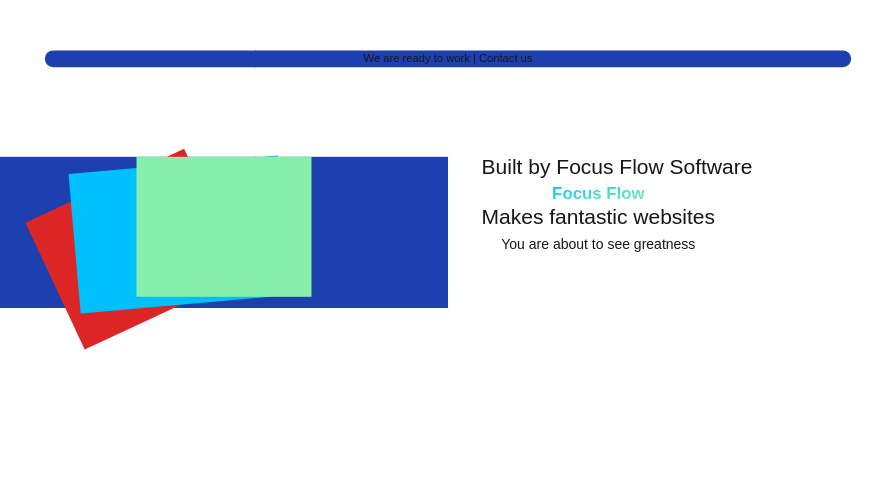
Repository: TMuse333/focus-flow2
Page: / (app in frontend/)
These files come from the project's save history. The page is drawn as it stood at one moment and after the next save; the edit follows.
The browser window is 1280 px wide. The pictures show the part of the page from y = 0 to 1920 px (the page is 720 px tall before and 2720 px after), at 70% of full size.
The project was rebuilt for these pictures with package versions that can differ from the ones it lists, and the page was loaded fresh each time. The framework's server and built-in components were replaced by stand-ins that run in the browser. Also part of the build but not shown: frontend/next.config.ts.

Above is the page before, as saved 2025-02-25 17:49:21.

After the next save:
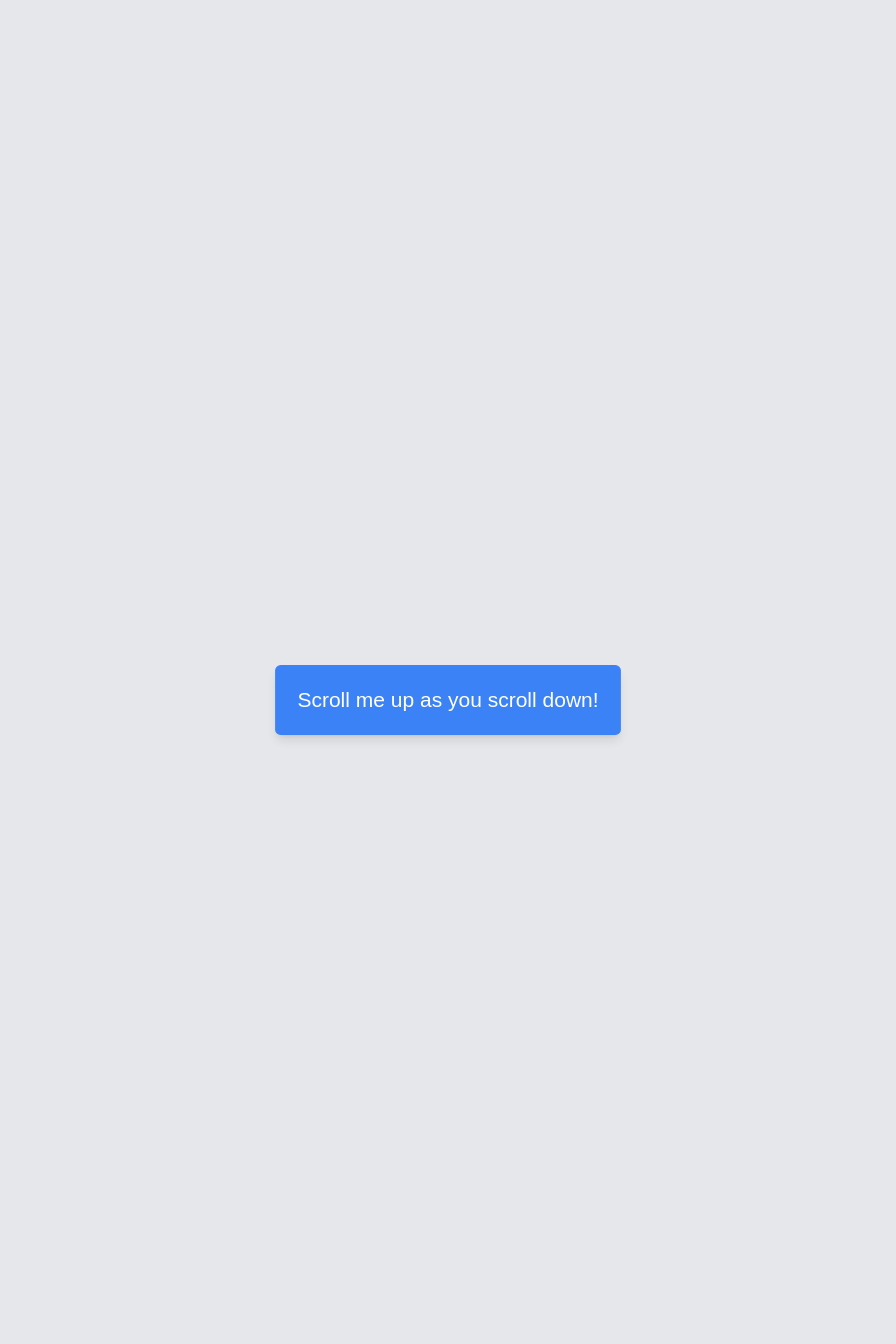
Saved 72 s later.
--- a/frontend/src/components/herobanner/herobanner.tsx
+++ b/frontend/src/components/herobanner/herobanner.tsx
@@ -1,107 +1,42 @@
 "use client";
 
-import React, { useRef, useState, useEffect } from "react";
-import { motion, useMotionValueEvent, useScroll, useTransform } from "framer-motion";
+import React, { useEffect, useRef } from "react";
 import { gsap } from "gsap";
 
-const Herobanner = () => {
+const ScrollTranslateContainer = () => {
     const containerRef = useRef(null);
-
-    const [opacity, setOpacity] = useState(1);
-
-    // Track the scroll position manually to calculate opacity
-    const [scrolling, setScrolling] = useState(false);
 
     useEffect(() => {
         const handleScroll = () => {
             const scrollY = window.scrollY;
-            const maxScroll = 200; // Adjust how fast opacity fades
-            const newOpacity = Math.max(1 - scrollY / maxScroll, 0);
-            setOpacity(newOpacity);
+            const maxTranslate = 1000; // Maximum translation in pixels
+            const translateAmount = Math.min(scrollY, maxTranslate); // Ensure we don't exceed maxTranslate
 
-            if (newOpacity <= 0) {
-                // Enable scrolling after opacity reaches 0
-                gsap.to("body", {
-                    duration: 0.3,
-                    overflow: "auto", // Enable scrolling
-                    position: "static", // Restore default position
-                });
-            } else {
-                // Prevent scroll when opacity is not zero
-                gsap.to("body", {
-                    duration: 0.3,
-                    overflow: "hidden", // Prevent scroll
-                    position: "fixed", // Fix page in place
-                    top: `-${window.scrollY}px`, // Keep the page in the current scroll position
-                });
-            }
+            // Apply translation to the container based on scroll position
+            gsap.to(containerRef.current, {
+                duration: 0.3,
+                y: -translateAmount, // Translate upwards
+            });
         };
 
+        // Listen for the scroll event
         window.addEventListener("scroll", handleScroll);
-        return () => window.removeEventListener("scroll", handleScroll);
-    }, [opacity]);
 
-    // First useScroll for opacity (20vh range)
-    const { scrollYProgress: opacityProgress } = useScroll({
-        target: containerRef,
-        offset: ["0vh", "20vh"], // Fade over 20vh
-    });
-
-    const textOpacity = useTransform(opacityProgress, [0, 1], [1, 0]); // Fade from 1 to 0 over 20vh
-
-    const [opacity0, setOpacity0] = useState(false);
-
-    useMotionValueEvent(textOpacity, "change", (value) => {
-        if (value <= 0) { // Account for floating-point precision
-            setOpacity0(true);
-        }
-    });
+        return () => {
+            // Clean up the event listener when the component is unmounted
+            window.removeEventListener("scroll", handleScroll);
+        };
+    }, []);
 
     return (
-        <motion.section
-            ref={containerRef}
-            className="w-screen sticky top-[10%] flex flex-col h-[500vh] items-start justify-center"
-        >
-            <span className="bg-blue-800 rounded-2xl w-[90vw] text-center mx-auto">
-                We are ready to work | Contact us
-            </span>
+        <div ref={containerRef} className="w-full h-[2000px] bg-gray-200">
+            <div className="flex justify-center items-center h-full">
+                <div className="p-8 bg-blue-500 text-white rounded-lg shadow-lg">
+                    <h2 className="text-3xl">Scroll me up as you scroll down!</h2>
+                </div>
+            </div>
+        </div>
+    );
+};
 
-            <section className="flex flex-col md:flex-row-reverse items-center justify-center mb-auto">
-                <motion.div
-                    className="mx-auto mt-12 text-xl sm:text-2xl md:w-[45vw] text-center md:ml-12 md:text-3xl flex flex-col items-start justify-center"
-                    style={{
-                        opacity: opacity,
-                    }}
-                >
-                    <p>Built by Focus Flow Software</p>
-                    <p className="items-center">
-                        <span className="text-transparent text-2xl bg-clip-text bg-gradient-to-br from-[#00bfff] to-green-300 font-semibold">
-                            Focus Flow
-                        </span>
-                        <br />Makes fantastic websites
-                        <br />
-                        <span className="text-xl text-left mt-3">You are about to see greatness</span>
-                    </p>
-                </motion.div>
-
-                <section className="relative bg-blue-800 w-screen h-[30vh] mt-[8rem] max-w-[1200px] mx-auto md:w-[50vw]">
-                    <div className="w-[40vw] absolute left-[50%] -translate-x-[50%] bg-green-300 h-[500px] z-[3] max-w-[250px] top-0 mx-auto object-contain max-h-[200px]" />
-                    <div
-                        className="w-[40vw] absolute left-[40%] z-[2] max-w-[300px] top-[5%] -translate-x-[50%] bg-[#00bfff] h-[500px] mx-auto max-w-[250px] object-contain max-h-[200px]"
-                        style={{
-                            transform: "translateX(-50%) rotateZ(-5deg)",
-                        }}
-                    />
-                    <div
-                        className="w-[40vw] absolute left-[30%] z-[1] top-[15%] -translate-x-[50%] bg-red-600 h-[500px] mx-auto max-w-[250px] object-contain max-h-[200px]"
-                        style={{
-                            transform: "translateX(-50%) rotateZ(-25deg)",
-                        }}
-                    />
-                </section>
-            </section>
-        </motion.section>
-    );
-}
-
-export default Herobanner;
+export default ScrollTranslateContainer;
